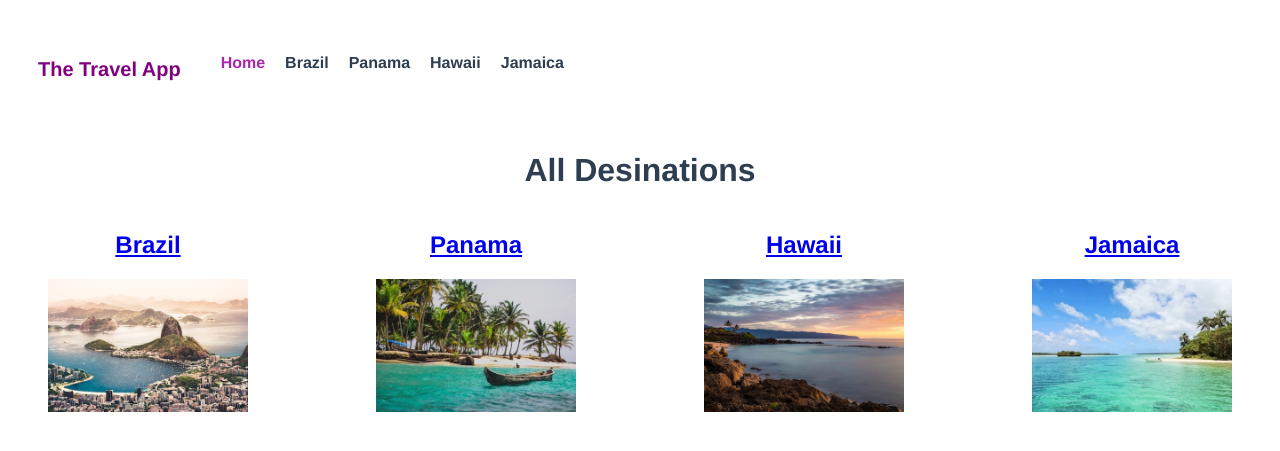
Repository: June-Hall/MiniTravelApp
Page: /#/details/1
An editor plug-in stored every save of this project. The page is shown before and after the next save, followed by the edit.
The browser window is 1280 px wide. The pictures show the whole page.
The project was rebuilt for these pictures with package versions that can differ from the ones it lists, and the page was loaded fresh each time. Also part of the build but not shown: vue.config.js.

Above is the page before, as saved 2023-03-30 15:03:39.

After the next save:
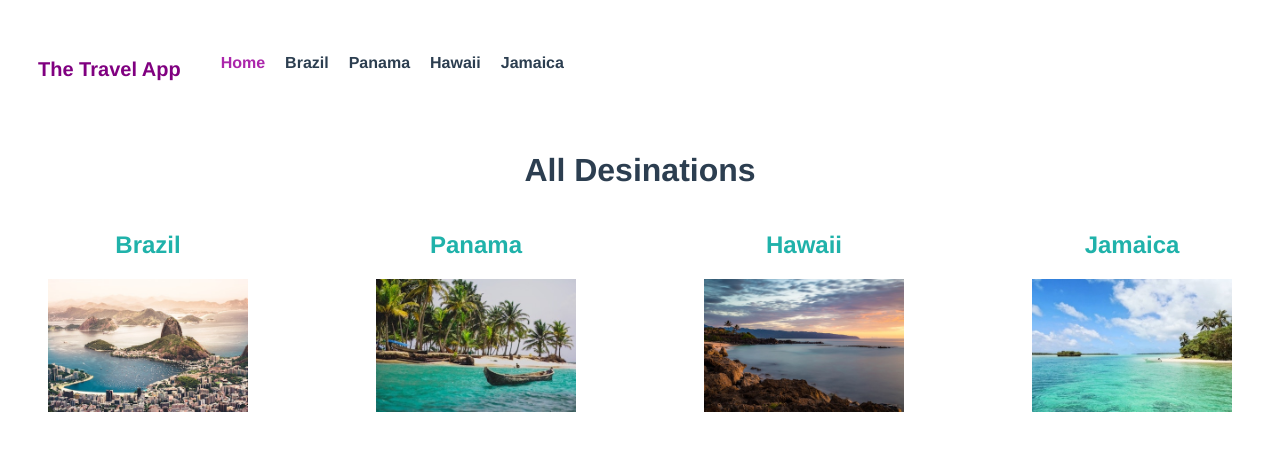
Saved 2 min 11 s later.
--- a/src/views/HomeView.vue
+++ b/src/views/HomeView.vue
@@ -56,4 +56,13 @@ img {
   display: flex;
   justify-content: space-between;
 }
+
+a {
+  color: lightseagreen;
+  text-decoration: none;
+}
+
+a:hover,:visited {
+  text-decoration: underline;
+}
 </style>
